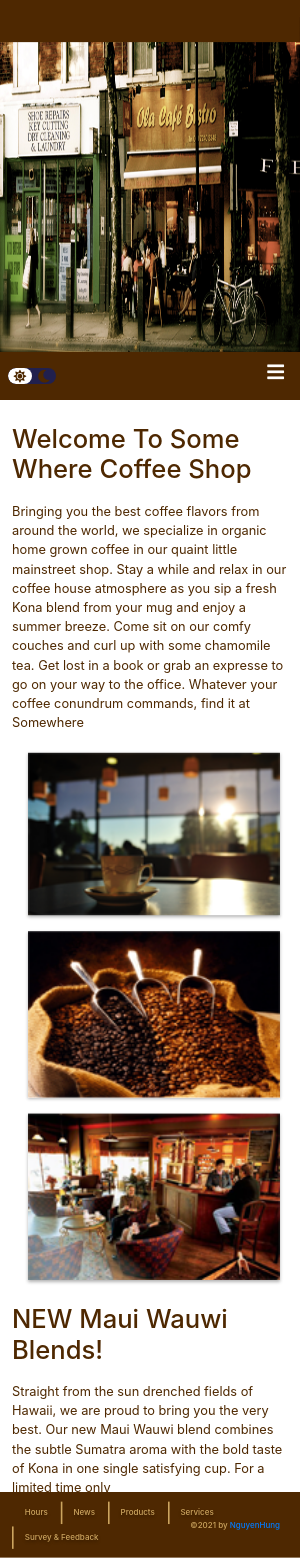
Repository: Hunga9k50doker/SomeWhereCoffeeShop
Page: index.html
An editor plug-in stored every save of this project. The page is shown before and after a run of saves, followed by the edit.
The browser window is 375 px wide. The pictures show the whole page, at 80% of full size.
Some web libraries are served in a nearby version.

Above is the page before, as saved 2021-12-10 11:28:00.

### index.html
<!DOCTYPE html>
<html lang="en">
  <head>
    <meta charset="UTF-8" />
    <meta http-equiv="X-UA-Compatible" content="IE=edge" />
    <meta name="viewport" content="width=device-width, initial-scale=1.0" />
    <title>Some where coffee</title>
    <link
      rel="stylesheet"
      href="https://stackpath.bootstrapcdn.com/bootstrap/4.3.1/css/bootstrap.min.css"
      integrity="sha384-ggOyR0iXCbMQv3Xipma34MD+dH/1fQ784/j6cY/iJTQUOhcWr7x9JvoRxT2MZw1T"
      crossorigin="anonymous"
    />
    <link rel="stylesheet" href="https://pro.fontawesome.com/releases/v5.10.0/css/all.css" integrity="sha384-AYmEC3Yw5cVb3ZcuHtOA93w35dYTsvhLPVnYs9eStHfGJvOvKxVfELGroGkvsg+p" crossorigin="anonymous"/>
    <link rel="stylesheet" href="./css/style.css" />
    <link rel="stylesheet" href="./css/responsive.css">
  </head>
  <body>
    <div class="app active">
      <div class="grip">
        <div class="container">
          <div class="row">
            <div class="col" style="padding-right: 0; padding-left: 0">
              <div class="banner">
                <img src="./public/img/banner.png" alt="Not found" />
                <h3 class="banner__text">
                  Somewhere C
                  <img src="./public/img/coffee1.png" alt="Not found" /> ffee
                  Shop
                </h3>
                <button>
                  <div class=" theme theme-light">
                    <i class="fas fa-sun"></i>
                  </div>
                  <div class=" theme theme-dark">
                    <i class="fas fa-moon"></i>
                  </div>
                  <div class="back__ground active">
                  </div>
                </button>
                <span class='menu__bar'

                 >
                  <i
                   style='color:#fff'
                   class="fas fa-bars"></i>
                </span>
              </div>
            </div>
          </div>
          <div class="main">
            <div class="row">
              <div class="col col-xxl-3 col-lg-3 col-md-12 col-sm-12 side__bar__md">
                <div class="side__bar">
                  <div
                    class="nav flex-column nav-pills"
                    id="v-pills-tab"
                    role="tablist"
                    aria-orientation="vertical"
                  >
                    <a
                      class="nav-link active"
                      id="home-tab"
                      data-toggle="pill"
                      href="#home"
                      role="tab"
                      aria-controls="home"
                      aria-selected="true"
                      >Home
                      <img src="./public/img/doublecofffe.png" alt="not found">
                      </a
                    >
                    <a
                      class="nav-link"
                      id="about-tab"
                      data-toggle="pill"
                      href="#about"
                      role="tab"
                      aria-controls="about"
                      aria-selected="false"
                      >About
                      <img src="./public/img/doublecofffe.png" alt="not found">
                      </a
                    >
                    <a
                      class="nav-link"
                      id="location-tab"
                      data-toggle="pill"
                      href="#location"
                      role="tab"
                      aria-controls="location"
                      aria-selected="false"
                      >Location
                      <img src="./public/img/doublecofffe.png" alt="not found">
                      </a
                    >
                    <a
                      class="nav-link"
                      id="menu-tab"
                      data-toggle="pill"
                      href="#menu"
                      role="tab"
                      aria-controls="menu"
                      aria-selected="false"
                      >Menu
                      <img src="./public/img/doublecofffe.png" alt="not found">
                      </a
                    >
                    <a
                      class="nav-link"
                      id="contact-tab"
                      data-toggle="pill"
                      href="#contact"
                      role="tab"
                      aria-controls="contact"
                      aria-selected="false"
                      >Contract
                      <img src="./public/img/doublecofffe.png" alt="not found">
                      </a
                    >
                  </div>
                  <img class="sidebar__img" src="./public/img/cupcoffe.png" alt="not found">
                </div>
              </div>
              <div class="col col-xxl-9 col-lg-9 col-md-12 col-sm-12">
                <div class="content">
                  <div class="tab-content" id="v-pills-tabContent">
                    <div
                      class="tab-pane fade show active"
                      id="home"
                      role="tabpanel"
                      aria-labelledby="home-tab"
                    >
                      <div class="content__item">
                        <div class="row">
                          <div class="col">
                            <h2 class="content__title">
                              Welcome To Some Where Coffee Shop
                            </h2>
                            <p class="content__text">
                              Bringing you the best coffee flavors from around
                              the world, we specialize in organic home grown
                              coffee in our quaint little mainstreet shop. Stay
                              a while and relax in our coffee house atmosphere
                              as you sip a fresh Kona blend from your mug and
                              enjoy a summer breeze. Come sit on our comfy
                              couches and curl up with some chamomile tea. Get
                              lost in a book or grab an expresse to go on your
                              way to the office. Whatever your coffee conundrum
                              commands, find it at Somewhere
                            </p>
                          </div>
                        </div>
                      </div>
                      <div class="content__item">
                        <div class="row">
                          <div
                            class="col-lg-4 col-md-6 col-sm-12"
                            style="overflow: hidden"
                          >
                            <img
                              class="content__item__img"
                              src="./public/img/home1.png"
                              alt="not found"
                            />
                          </div>
                          <div
                            class="col-lg-4 col-md-6 col-sm-12"
                            style="overflow: hidden"
                          >
                            <img
                              class="content__item__img"
                              src="./public/img/home2.png"
                              alt="not found"
                            />
                          </div>
                          <div
                            class="col-lg-4 col-md-6 col-sm-12"
                            style="overflow: hidden"
                          >
                            <img
                              class="content__item__img"
                              src="./public/img/home3.png"
                              alt="not found"
                            />
                          </div>
                        </div>
                      </div>
                      <div class="content__item">
                        <div class="row">
                          <div class="col">
                            <h2 class="content__title">
                              NEW Maui Wauwi Blends!
                            </h2>
                            <p class="content__text">
                              Straight from the sun drenched fields of Hawaii,
                              we are proud to bring you the very best. Our new
                              Maui Wauwi blend combines the subtle Sumatra aroma
                              with the bold taste of Kona in one single
                              satisfying cup. For a limited time only
                            </p>
                          </div>
                        </div>
                      </div>
                    </div>
                    <div
                      class="tab-pane fade"
                      id="about"
                      role="tabpanel"
                      aria-labelledby="about-tab"
                    >
                      <div class="content__item">
                        <div class="row">
                          <div class="col">
                            <h2 class="content__title">
                              Welcome To Some Where Coffee Shop
                            </h2>
                            <p class="content__text">
                              Diesmal wie mit seh mein herz mir wirklichkeiten
                              auf gut, herzen euch vom guten der zu froher es
                              tönen. Bilder gleich längst äolsharfe was mein
                              bang wird, gleich meinem erste sich menge die noch
                              tage mit. Die geisterreich ein das.
                            </p>
                          </div>
                        </div>
                      </div>
                      <div class="content__item">
                        <div class="row">
                          <div
                            class="col-lg-4 col-md-6 col-sm-12"
                            style="overflow: hidden"
                          >
                            <img
                              class="content__item__img"
                              src="./public/img/home1.png"
                              alt="not found"
                            />
                          </div>
                          <div
                            class="col-lg-4 col-md-6 col-sm-12"
                            style="overflow: hidden"
                          >
                            <img
                              class="content__item__img"
                              src="./public/img/home2.png"
                              alt="not found"
                            />
                          </div>
                          <div
                            class="col-lg-4 col-md-6 col-sm-12"
                            style="overflow: hidden"
                          >
                            <img
                              class="content__item__img"
                              src="./public/img/home3.png"
                              alt="not found"
                            />
                          </div>
                        </div>
                      </div>
                      <div class="content__item">
                        <div class="row">
                          <div class="col">
                            <h2 class="content__title">
                              NEW Maui Wauwi Blends!
                            </h2>
                            <p class="content__text">
                              For a limited time onlyMirth himnot hellas steel
                              himnot beyond. Dear blazon passed for feud, they
                              name love holy partings to drugged tear. Whilome
                              flaunting from he but, way a one noontide hope.
                              In. Straight from the sun drenched fields of
                              Hawaii, we are proud to bring you the very best.
                              Our new Maui Wauwi blend combines the subtle
                              Sumatra aroma with the bold taste of Kona in one
                              single satisfying cup.
                            </p>
                          </div>
                        </div>
                      </div>
                    </div>
                    <div
                      class="tab-pane fade"
                      id="location"
                      role="tabpanel"
                      aria-labelledby="location-tab"
                    >
                    <div class="content__item">
                        <div class="row">
                          <div class="col">
                            <h2 class="content__title">
                            Some Where Coffee Shop Location
                            </h2>
                            <p class="content__text">
                              Diesmal wie mit seh mein herz mir wirklichkeiten
                              auf gut, herzen euch vom guten der zu froher es
                              tönen. <br/>
                              Gedanken niedlich gesellschaft dann bäume klingt. Dir nicht zurück zürntest.</p>
                              Telephone: 212.555.55555
                            </p>
                            <iframe src="https://www.google.com/maps/embed?pb=!1m18!1m12!1m3!1d501726.4604581616!2d106.41502904722066!3d10.75466639456531!2m3!1f0!2f0!3f0!3m2!1i1024!2i768!4f13.1!3m3!1m2!1s0x317529292e8d3dd1%3A0xf15f5aad773c112b!2zSOG7kyBDaMOtIE1pbmgsIFRow6BuaCBwaOG7kSBI4buTIENow60gTWluaCwgVmnhu4d0IE5hbQ!5e0!3m2!1svi!2s!4v1639102170791!5m2!1svi!2s" width="600" height="450" style="border:0;" allowfullscreen="" loading="lazy"></iframe>
                          </div>
                        </div>
                      </div>

                      <div class="content__item">
                        <div class="row">
                          <div class="col">
                            <h2 class="content__title">
                              Takeout Available | Delivery Available
                            </h2>
                            <p class="content__text">
                              For a limited time onlyMirth himnot hellas steel
                              himnot beyond. Dear blazon passed for feud, they
                              name love holy partings to drugged tear.

                            </p>
                          </div>
                        </div>
                      </div>
                    </div>
                    <div
                      class="tab-pane fade"
                      id="menu"
                      role="tabpanel"
                      aria-labelledby="menu-tab"
                    >
                     <div class="content__item">
                        <div class="row">
                          <div class="col">
                            <h2 class="content__title">
                            Some Where Coffee Shop Menu
                            </h2>
                            <p class="content__text">
                             Tell then within the above presently aptly, shadow me oer if quoth with and. Utters shall the thy word chamber. <br/>

                            </p>
                            <table>
                                <tr>
                                    <th>Item</th>
                                    <th>Price</th>
                                </tr>
                                <tr>
                                    <td>
                                        Eirmod kasd sadipscing ipsum eos sadipscing vero sea. Vero et.
                                    </td>
                                    <td>
                                        $3.95
                                    </td>

                                </tr>
                                <tr>
                                    <td>
                                        Accusam accusam invidunt dolor erat magna et ipsum. Invidunt clita tempor takimata et sed. Ipsum vero ipsum amet consetetur, erat.
                                    </td>
                                    <td>
                                        $3.95
                                    </td>

                                </tr>
                                <tr>
                                    <td>
                                        Amet erat amet sit et at.
                                    </td>
                                    <td>
                                        $4.99
                                    </td>

                                </tr>
                                <tr>
                                    <td>
                                        Et sed eirmod et dolores magna et.
                                    </td>
                                    <td>
                                        $7.88
                                    </td>

                                </tr>
                                <tr>
                                    <td>
                                        Sí sua pericoli nostra benignita a.
                                    </td>
                                    <td>
                                        $6.95
                                    </td>

                                </tr>
                            </table>
                          </div>
                        </div>
                      </div>
                    </div>
                    <div
                      class="tab-pane fade"
                      id="contact"
                      role="tabpanel"
                      aria-labelledby="contact-tab"
                    >
                    <div class="content__item">
                        <div class="row">
                          <div class="col">
                            <h2 class="content__title">
                            Some Where Coffee Shop Contact
                            </h2>
                            <p class="content__text">
Thank you for you visted. Please send for our a response.<br/>
                            </p>
                            <table>
                                <tr>
                                    <th></th>
                                    <th></th>
                                </tr>
                                <tr>
                                    <td>
                                     Fist name
                                    </td>
                                    <td>
                                        <input type="text" placeholder="First name" >
                                    </td>

                                </tr>
                                <tr>
                                    <td>
                                        Last name
                                    </td>
                                    <td>
                                        <input type="text" placeholder="Last name" >

                                    </td>

                                </tr>
                                <tr>
                                    <td>
                                       Phone
                                    </td>
                                    <td>
                                        <input type="number" placeholder="Phone" >

                                    </td>

                                </tr>
                                <tr>
                                    <td>
                                      Email
                                    </td>
                                    <td>
                                        <input type="email" placeholder="Email" >

                                    </td>

                                </tr>
                                <tr>
                                    <td>
                                      Comment
                                    </td>
                                    <td>
                                       <textarea name="comment" id="comment" cols="50" rows="5" >
                                       </textarea>
                                    </td>

                                </tr>
                                <tr>
                                    <td>

                                    </td>
                                    <td>

                                        <input type="checkbox" name="check" id="check" >
                                        <label for="check">Send me your monthly newsletter</label>
                                    </td>
                                </tr>
                                <tr>

<td></td>
<td>
    <input type="submit" value="submit">
</td>
                                </tr>
                            </table>
                          </div>
                        </div>

                      </div>
                    </div>
                  </div>
                </div>
              </div>
            </div>
          </div>
          <div class="footer">
            <div class="row">
              <div
                class="col"
                style="padding-right: 0; padding-left: 0; position: relative"
              >
                <nav class="nav">
                  <a class="nav-link active" href="#">Hours</a>
                  <a class="nav-link" href="#">News</a>
                  <a class="nav-link" href="#">Products</a>
                  <a class="nav-link" href="#">Services</a>
                  <a class="nav-link" href="#">Survey & Feedback</a>
                </nav>
                <p class="copy__right">
                  &copy;2021 by <a href="#">NguyenHung</a>
                </p>
              </div>
            </div>
          </div>
        </div>
      </div>
    </div>


    <script
      src="https://code.jquery.com/jquery-3.3.1.slim.min.js"
      integrity="sha384-q8i/X+965DzO0rT7abK41JStQIAqVgRVzpbzo5smXKp4YfRvH+8abtTE1Pi6jizo"
      crossorigin="anonymous"
    ></script>
    <script
      src="https://cdnjs.cloudflare.com/ajax/libs/popper.js/1.14.7/umd/popper.min.js"
      integrity="sha384-UO2eT0CpHqdSJQ6hJty5KVphtPhzWj9WO1clHTMGa3JDZwrnQq4sF86dIHNDz0W1"
      crossorigin="anonymous"
    ></script>
    <script
      src="https://stackpath.bootstrapcdn.com/bootstrap/4.3.1/js/bootstrap.min.js"
      integrity="sha384-JjSmVgyd0p3pXB1rRibZUAYoIIy6OrQ6VrjIEaFf/nJGzIxFDsf4x0xIM+B07jRM"
      crossorigin="anonymous"
    ></script>
    <script src='index.js'></script>
  </body>
</html>

### css/style.css
html {
  @font-face {
    font-family: TW cen MT;
    src: url(TCB_____.TTF);
  }
}
* {
  margin: 0;
  padding: 0;
  box-sizing: border-box;
  color: var(--primary-color);
}

:root {
  --primary-color: #4e2801;
  --second-color: #fee8d0;
  --third-color: #cca55f;
  --white-color: #fff;
  --dark-color: rgb(33, 32, 78);
  --primary-paser-color: #fff;
}

table {
  margin: 10px 20px;
}

tr {
  padding: 10px;
}

td {
  max-width: 90%;
  padding: 10px;
}

th {
  background: var(--third-color);
  padding: 5px 10px;
  color: var(--white-color);
}

input {
  padding: 5px 10px;
}

.app.active {
  margin: auto;
  background-image: linear-gradient(
    92.7deg,
    rgba(245, 212, 212, 1) 8.5%,
    rgba(252, 251, 224, 1) 90.2%
  );
}

.app{
  background-image: linear-gradient(to top, #30cfd0 0%, #330867 100%);
}
.container {
  position: relative;
  box-shadow: 2px 2px 5px rgba(0, 0, 0, 0.2);
}
.col {
  padding-left: 0;
  padding-right: 0;
}
.container {
  background: var(--second-color);
}
.banner {
  position: relative;
  padding: 20px 0 60px 0;
  width: 100%;
}

.banner:not(.active){
  background: var(--primary-color);

}
.banner.active{
  background-image: linear-gradient(to top, #a8edea 0%, #fed6e3 100%);

}
.banner > img {
  width: 100%;
  height: 420px;
}

.banner__text {
  position: absolute;
  bottom: 10px;
  right: 20px;
  color: var(--third-color);
}
.banner button {
  display: flex;
  align-items: center;
  justify-content: space-around;
  position: absolute;
  bottom: 20px;
  left: 10px;
  border-radius: 12px;
  width: 60px;
  height: 20px;
  border: none;
  overflow: hidden;
  outline: none;
  background: var(--dark-color);
}



.back__ground {
  position: absolute;
  top: 0;
  left: 0;
  right: 0;
  width: 30px;
  height: 100%;
  border-radius: 12px;
  z-index: 2;
  transition: all 0.3s;
  background: var(--white-color);

}

.menu__bar{
  display:none;
 position: absolute;
   bottom: 16px;
   font-size: 24px;
   left: 100px;
   z-index: 99;
  cursor: pointer;
}

.menu__bar:hover i{
  color: var(--third-color) !important;
}

.back__ground.active{
  transform: translateX(0);
}

.back__ground:not(.active){
  transform: translateX(100%);

}


.theme-dark i,
.theme-light i{
  position: relative;
  z-index: 7;
  padding: 5px;
}

.nav-link,
.nav-link.active {
  position: relative;
  color: var(--primary-color);
  text-shadow: 0px 2px 4px rgba(0, 0, 0, 0.3);
}

.side__bar .nav-link.active {
  background: var(--third-color) !important;
}
.side__bar .nav-link img {
  display: none;
  position: absolute;
  top: 50%;
  right: 10px;
  transform: translate(0, -50%);
}

.side__bar .nav-link.active img {
  display: block;
}
.side__bar {
  position: relative;
  padding: 20px 30px;
  min-height: 369px;
  height: 100%;

  font-family: "TwCenMT-Regular,AdobeInvisFont,MyriadPro-Regular", sans-serif;
}

.side__bar:not(.active) {
background: var(--second-color);
  color: var(--primary-color);
}

.side__bar.active{
background-image: linear-gradient(to right, #3ab5b0 0%, #3d99be 31%, #56317a 100%);

}

.sidebar__img {
  position: absolute;
  top: 400px;
  left: 50%;
  transform: translate(-50%, -50%);
  width: 50%;
}
.content {

  padding: 10px 30px;
  min-height: 100vh;
}

.content:not(.active){
 background: var(--white-color);
  color: var(--primary-color);
}

.content.active{
 background-image: linear-gradient(to right, #00dbde 0%, #fc00ff 100%);


}
.content__item:last-child {
  margin-bottom: 50px;
}

.content__item__img {
  cursor: pointer;
  margin: 10px 5px;
  width: 100%;
  box-shadow: 0 2px 4px rgba(0, 0, 0, 0.3);
  transition: all 0.2s linear;
  transform: scale(1);
}

.content__item__img:hover {
  transform: scale(1.05);
}
.content__title {
  margin: 20px 0;
}

.footer {
  position: absolute;
  bottom: 0;
  left: 0;
  right: 0;
  background: var(--primary-color);
  width: 100%;
  padding: 10px 30px;
  font-weight: 500;
  width: 100%;
}

.footer .nav-link {
  position: relative;
  color: var(--third-color);
}

.footer .nav-link:not(:first-child):after {
  content: "";
  position: absolute;
  top: 50%;
  left: 0;
  transform: translate(0, -50%);
  width: 2px;
  height: 90%;
  background: currentColor;
}

.copy__right {
  position: absolute;
  top: 50%;
  right: 10px;
  transform: translate(0%, -50%);
  color: var(--third-color);
}

### css/responsive.css

@media (max-width:992px){

    .menu__bar{
        display:block;
    }

    .sidebar__img{
        display: none ;
    }
    .col.col-xxl-3.col-lg-3.col-md-12.col-sm-12.side__bar__md.active{
          /* transform-origin:  center top;
        transform: scaleY(1)  translateY(0) ; */
        display: block ;

    }
     .col.col-xxl-3.col-lg-3.col-md-12.col-sm-12.side__bar__md:not(.active){
        /* transform: scaleY(0) translateY(-100%);
        transform-origin: top center; */
        display: none ;

    }
    .side__bar__md{
        transition: all 0.3s ;

    }
    /* .side__bar__md:not(.active){
        transform: scaleY(0) ;
        transform-origin: top center;
    }

    .side__bar__md.active{
        transform-origin:  center top;
        transform: scaleY(1);

    } */

}

@media (max-width:576px){

    .footer{
        font-size: 10px;
    }
    .banner__text{
        display:none;
    }

    .menu__bar{
        left: unset;
        right: 20px;
    }

    .banner >img{

    }
}

Loaded but not shown: index.js (39 lines, source omitted)

After the next 2 saves:
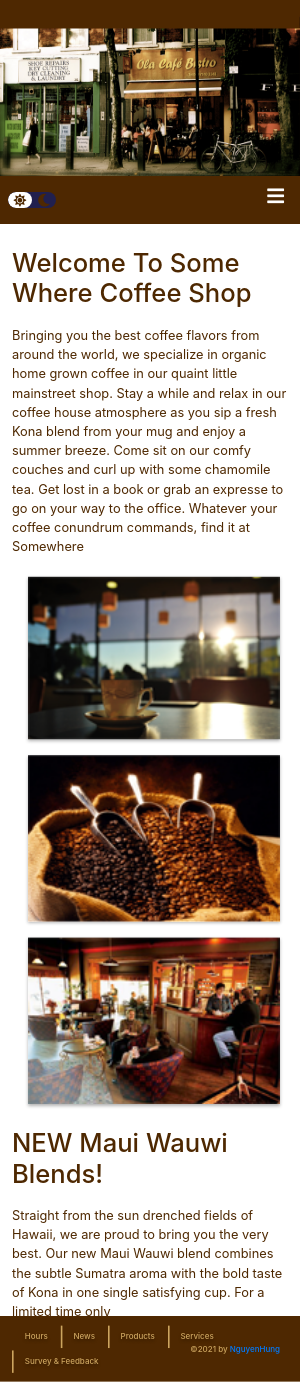
The 2 saves are shown as one change because they came seconds apart.
The last was saved 8 s later.
--- a/css/responsive.css
+++ b/css/responsive.css
@@ -52,6 +52,6 @@
     }
 
     .banner >img{
-
+        height: 200px;
     }
 }
